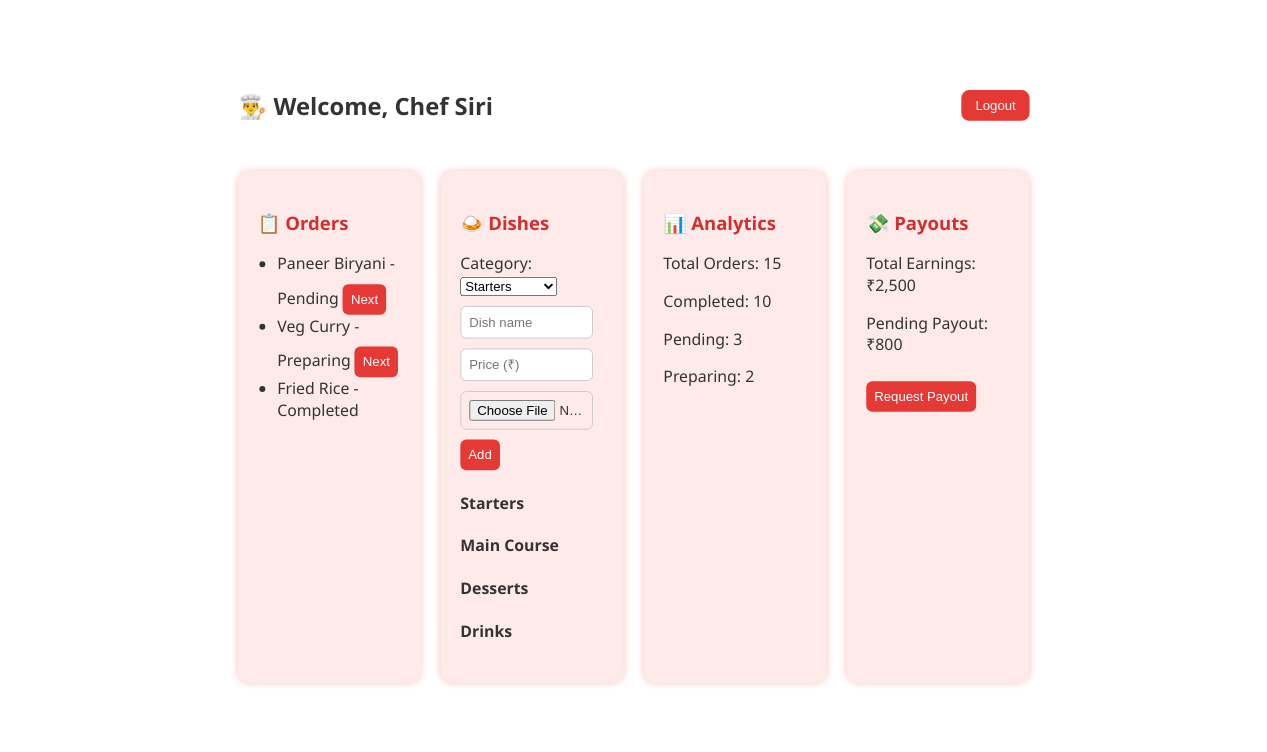
Repository: 1Siri7/chef
Page: dashboard.html
These files come from the project's save history. The page is drawn as it stood at one moment and after the next save; the edit follows.
The browser window is 1280 px wide. The pictures show the whole page, at 99% of full size.

Above is the page before, as saved 2025-07-29 18:29:19.

### dashboard.html
<!DOCTYPE html>
<html lang="en">
<head>
  <meta charset="UTF-8">
  <title>Chef Dashboard - Zavoryaf</title>
  <link rel="stylesheet" href="style.css">
</head>
<body>
  <div class="dashboard-container">
    <header>
      <h2>👨‍🍳 Welcome, Chef Siri</h2>
      <button onclick="logout()">Logout</button>
    </header>

    <section class="dashboard">
      <!-- Orders Section -->
      <div class="card">
        <h3>📋 Orders</h3>
        <ul id="orderList">
          <li>Paneer Biryani - <span class="status pending">Pending</span> <button onclick="updateOrderStatus(this)">Next</button></li>
          <li>Veg Curry - <span class="status preparing">Preparing</span> <button onclick="updateOrderStatus(this)">Next</button></li>
          <li>Fried Rice - <span class="status completed">Completed</span></li>
        </ul>
      </div>

      <!-- Dishes Section -->
      <div class="card">
        <h3>🍛 Dishes</h3>
        <label for="dishCategory">Category:</label>
        <select id="dishCategory">
          <option value="starters">Starters</option>
          <option value="main-course">Main Course</option>
          <option value="desserts">Desserts</option>
          <option value="drinks">Drinks</option>
        </select>

        <input type="text" id="newDish" placeholder="Dish name" />
        <input type="number" id="dishPrice" placeholder="Price (₹)" />
        <input type="file" id="dishImage" accept="image/*" capture="environment" />
        <button onclick="addDish()">Add</button>

        <h4>Starters</h4>
        <ul id="startersList"></ul>

        <h4>Main Course</h4>
        <ul id="main-courseList"></ul>

        <h4>Desserts</h4>
        <ul id="dessertsList"></ul>

        <h4>Drinks</h4>
        <ul id="drinksList"></ul>
      </div>

      <!-- Analytics Section -->
      <div class="card">
        <h3>📊 Analytics</h3>
        <p>Total Orders: 15</p>
        <p>Completed: 10</p>
        <p>Pending: 3</p>
        <p>Preparing: 2</p>
      </div>

      <!-- Payout Section -->
      <div class="card">
        <h3>💸 Payouts</h3>
        <p>Total Earnings: ₹2,500</p>
        <p>Pending Payout: ₹800</p>
        <button>Request Payout</button>
      </div>
    </section>
  </div>

  <script src="script.js"></script>
</body>
</html>

### style.css
body {
  font-family: 'Segoe UI', sans-serif;
  margin: 0;
  background: #fff;
  color: #333;
}

.auth-container {
  max-width: 400px;
  margin: 60px auto;
  padding: 2rem;
  border: 2px solid #e53935;
  border-radius: 15px;
  text-align: center;
  background: #fff;
  box-shadow: 0 0 10px #f8d7da;
}

h1 {
  color: #e53935;
}

.form-toggle {
  display: flex;
  justify-content: center;
  margin-bottom: 1rem;
}

.form-toggle button {
  padding: 10px 20px;
  border: none;
  background: #fff;
  color: #e53935;
  cursor: pointer;
  font-weight: bold;
  border-bottom: 2px solid transparent;
}

.form-toggle button.active {
  border-bottom: 2px solid #e53935;
}

.auth-form {
  display: flex;
  flex-direction: column;
  gap: 10px;
}

.auth-form input {
  padding: 10px;
  border: 1px solid #ddd;
  border-radius: 8px;
}

.auth-form button {
  background: #e53935;
  color: #fff;
  border: none;
  padding: 10px;
  border-radius: 8px;
  cursor: pointer;
}

.auth-form.hidden {
  display: none;
}

/* Dashboard Styling */
.dashboard-container {
  max-width: 800px;
  margin: 50px auto;
  padding: 20px;
}

header {
  display: flex;
  justify-content: space-between;
  align-items: center;
}

header button {
  background: #e53935;
  color: #fff;
  border: none;
  padding: 8px 14px;
  border-radius: 8px;
  cursor: pointer;
}

.dashboard {
  display: flex;
  gap: 20px;
  margin-top: 30px;
}

.card {
  background: #ffeaea;
  padding: 20px;
  flex: 1;
  border-radius: 12px;
  box-shadow: 0 0 8px #f8c0c0;
}

.card h3 {
  color: #d32f2f;
}

.card ul {
  padding-left: 20px;
}

.card input {
  padding: 8px;
  width: 80%;
  border-radius: 6px;
  border: 1px solid #ccc;
  margin-top: 10px;
}

.card button {
  margin-top: 10px;
  padding: 8px;
  background: #e53935;
  color: white;
  border: none;
  border-radius: 6px;
}

### script.js
// ---------- Login/Register Toggle ----------
const loginBtn = document.getElementById("loginBtn");
const registerBtn = document.getElementById("registerBtn");
const loginForm = document.getElementById("loginForm");
const registerForm = document.getElementById("registerForm");

if (loginBtn && registerBtn && loginForm && registerForm) {
  loginBtn.addEventListener("click", () => {
    loginForm.classList.remove("hidden");
    registerForm.classList.add("hidden");
    loginBtn.classList.add("active");
    registerBtn.classList.remove("active");
  });

  registerBtn.addEventListener("click", () => {
    registerForm.classList.remove("hidden");
    loginForm.classList.add("hidden");
    registerBtn.classList.add("active");
    loginBtn.classList.remove("active");
  });

  loginForm.addEventListener("submit", (e) => {
    e.preventDefault();
    window.location.href = "dashboard.html";
  });

  registerForm.addEventListener("submit", (e) => {
    e.preventDefault();
    window.location.href = "dashboard.html";
  });
}

// ---------- Chef Dashboard Logic ----------
function logout() {
  window.location.href = "index.html";
}

function addDish() {
  const nameInput = document.getElementById("newDish");
  const priceInput = document.getElementById("dishPrice");
  const imageInput = document.getElementById("dishImage");
  const category = document.getElementById("dishCategory").value;

  const dish = nameInput.value.trim();
  const price = priceInput.value.trim();
  const imageFile = imageInput.files[0];

  if (!imageFile) {
    alert("Please select an image before adding a dish.");
    return;
  }

  if (dish && price) {
    const reader = new FileReader();
    reader.onload = function (e) {
      const li = document.createElement("li");
      li.innerHTML = `
        <img src="${e.target.result}" alt="${dish}" style="max-width: 100px; display:block; margin-bottom:5px;">
        ${dish} - ₹${price}
        <button onclick='editDish(this)'>Edit</button>
        <button onclick='deleteDish(this)'>Delete</button>`;
      document.getElementById(`${category}List`).appendChild(li);
    };
    reader.readAsDataURL(imageFile);

    nameInput.value = "";
    priceInput.value = "";
    imageInput.value = "";
  }
}

function deleteDish(btn) {
  btn.parentElement.remove();
}

function editDish(btn) {
  const li = btn.parentElement;
  const text = li.innerText.split("\n")[1]; // After image
  const textParts = text.split(" - ₹");
  const currentName = textParts[0].trim();
  const currentPrice = textParts[1]?.trim() || "";

  const newName = prompt("Edit dish name:", currentName);
  const newPrice = prompt("Edit dish price:", currentPrice);

  if (newName && newPrice) {
    const imgSrc = li.querySelector("img").src;
    li.innerHTML = `
      <img src="${imgSrc}" alt="${newName}" style="max-width: 100px; display:block; margin-bottom:5px;">
      ${newName} - ₹${newPrice}
      <button onclick='editDish(this)'>Edit</button>
      <button onclick='deleteDish(this)'>Delete</button>`;
  }
}

function updateOrderStatus(button) {
  const statusSpan = button.previousElementSibling;
  const currentStatus = statusSpan.textContent.toLowerCase();

  if (currentStatus === "pending") {
    statusSpan.textContent = "Preparing";
    statusSpan.className = "status preparing";
  } else if (currentStatus === "preparing") {
    statusSpan.textContent = "Completed";
    statusSpan.className = "status completed";
    button.remove();
  }
}

function previewImage(input) {
  const file = input.files[0];
  if (file) alert("Selected file: " + file.name);
}

After the next save:
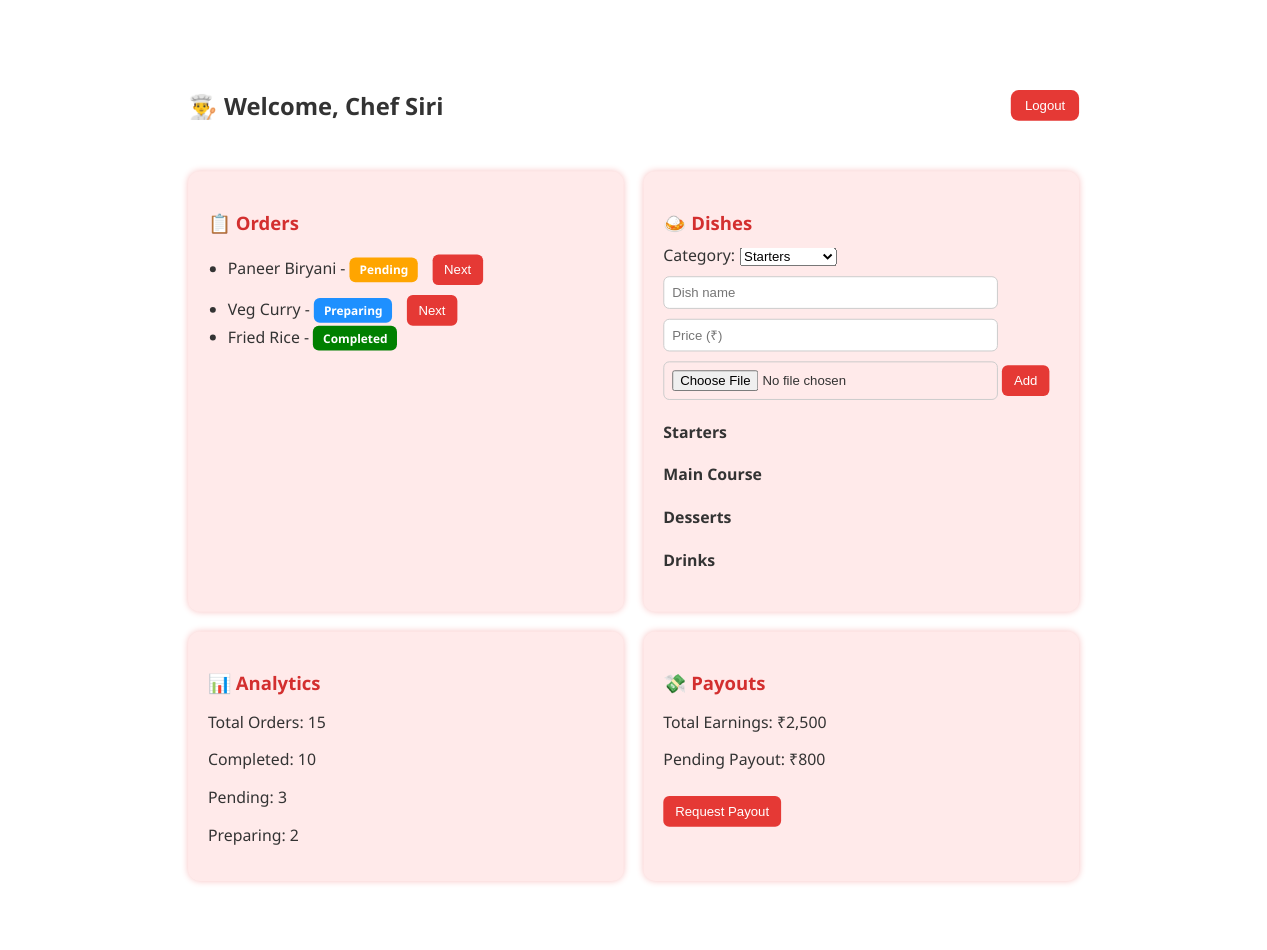
Saved 110 s later.
--- a/style.css
+++ b/style.css
@@ -1,3 +1,4 @@
+/* ---------- Global Styles ---------- */
 body {
   font-family: 'Segoe UI', sans-serif;
   margin: 0;
@@ -5,15 +6,16 @@ body {
   color: #333;
 }
 
+/* ---------- Auth Page ---------- */
 .auth-container {
   max-width: 400px;
   margin: 60px auto;
   padding: 2rem;
   border: 2px solid #e53935;
   border-radius: 15px;
-  text-align: center;
   background: #fff;
   box-shadow: 0 0 10px #f8d7da;
+  text-align: center;
 }
 
 h1 {
@@ -31,9 +33,10 @@ h1 {
   border: none;
   background: #fff;
   color: #e53935;
+  font-weight: bold;
   cursor: pointer;
-  font-weight: bold;
   border-bottom: 2px solid transparent;
+  transition: border-bottom 0.3s ease;
 }
 
 .form-toggle button.active {
@@ -50,6 +53,7 @@ h1 {
   padding: 10px;
   border: 1px solid #ddd;
   border-radius: 8px;
+  outline: none;
 }
 
 .auth-form button {
@@ -59,15 +63,20 @@ h1 {
   padding: 10px;
   border-radius: 8px;
   cursor: pointer;
+  transition: background 0.3s ease;
+}
+
+.auth-form button:hover {
+  background: #c62828;
 }
 
 .auth-form.hidden {
   display: none;
 }
 
-/* Dashboard Styling */
+/* ---------- Dashboard Page ---------- */
 .dashboard-container {
-  max-width: 800px;
+  max-width: 900px;
   margin: 50px auto;
   padding: 20px;
 }
@@ -85,10 +94,16 @@ header button {
   padding: 8px 14px;
   border-radius: 8px;
   cursor: pointer;
+  transition: background 0.3s ease;
+}
+
+header button:hover {
+  background: #c62828;
 }
 
 .dashboard {
   display: flex;
+  flex-wrap: wrap;
   gap: 20px;
   margin-top: 30px;
 }
@@ -96,17 +111,19 @@ header button {
 .card {
   background: #ffeaea;
   padding: 20px;
-  flex: 1;
+  flex: 1 1 280px;
   border-radius: 12px;
   box-shadow: 0 0 8px #f8c0c0;
 }
 
 .card h3 {
   color: #d32f2f;
+  margin-bottom: 10px;
 }
 
 .card ul {
   padding-left: 20px;
+  margin: 0;
 }
 
 .card input {
@@ -115,13 +132,43 @@ header button {
   border-radius: 6px;
   border: 1px solid #ccc;
   margin-top: 10px;
+  outline: none;
 }
 
 .card button {
   margin-top: 10px;
-  padding: 8px;
+  padding: 8px 12px;
   background: #e53935;
   color: white;
   border: none;
   border-radius: 6px;
+  cursor: pointer;
+  transition: background 0.3s ease;
 }
+
+.card button:hover {
+  background: #c62828;
+}
+
+/* ---------- Status Badges ---------- */
+.status {
+  display: inline-block;
+  padding: 4px 10px;
+  border-radius: 6px;
+  font-size: 12px;
+  font-weight: bold;
+  color: white;
+  margin-right: 10px;
+}
+
+.status.pending {
+  background-color: orange;
+}
+
+.status.preparing {
+  background-color: dodgerblue;
+}
+
+.status.completed {
+  background-color: green;
+}
